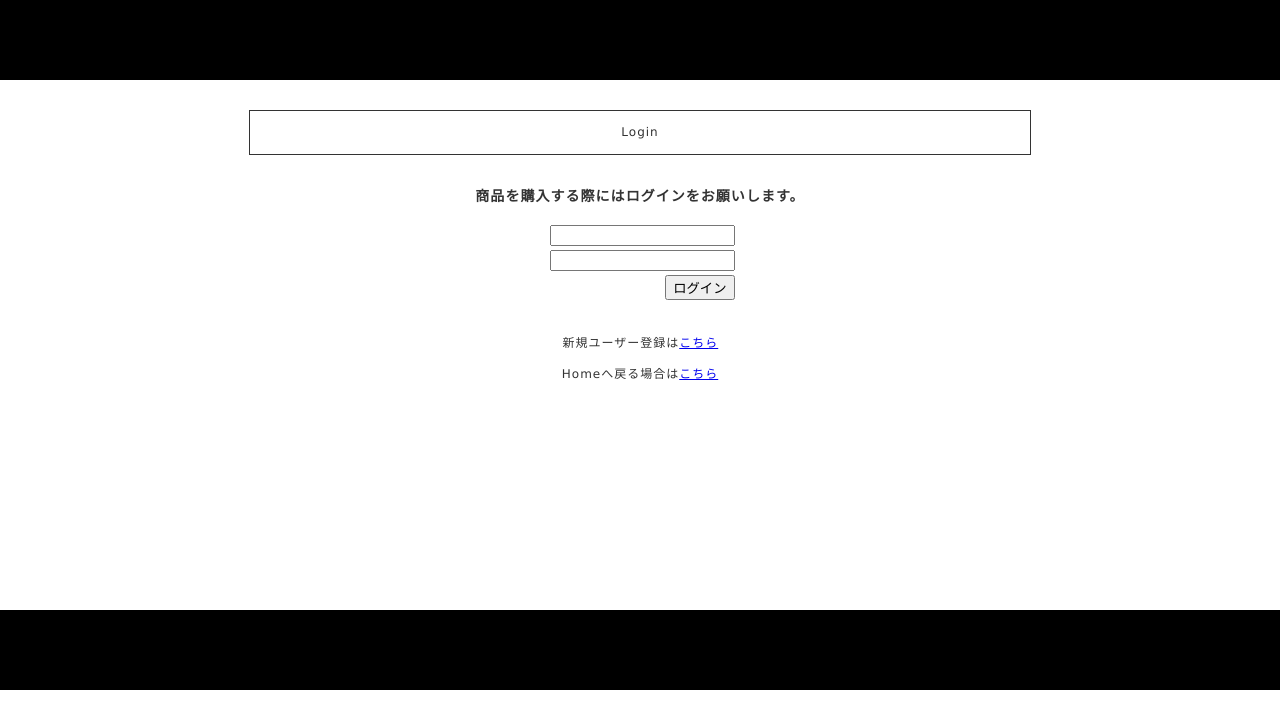
Repository: kazuki7291/backup
Page: http://localhost/template/
An editor plug-in stored every save of this project. The page is shown before and after the next save, followed by the edit.
The browser window is 1280 px wide. The pictures show the whole page.
The page is served by Tomcat 9.

Above is the page before, as saved 2018-01-10 12:42:46.

After the next save:
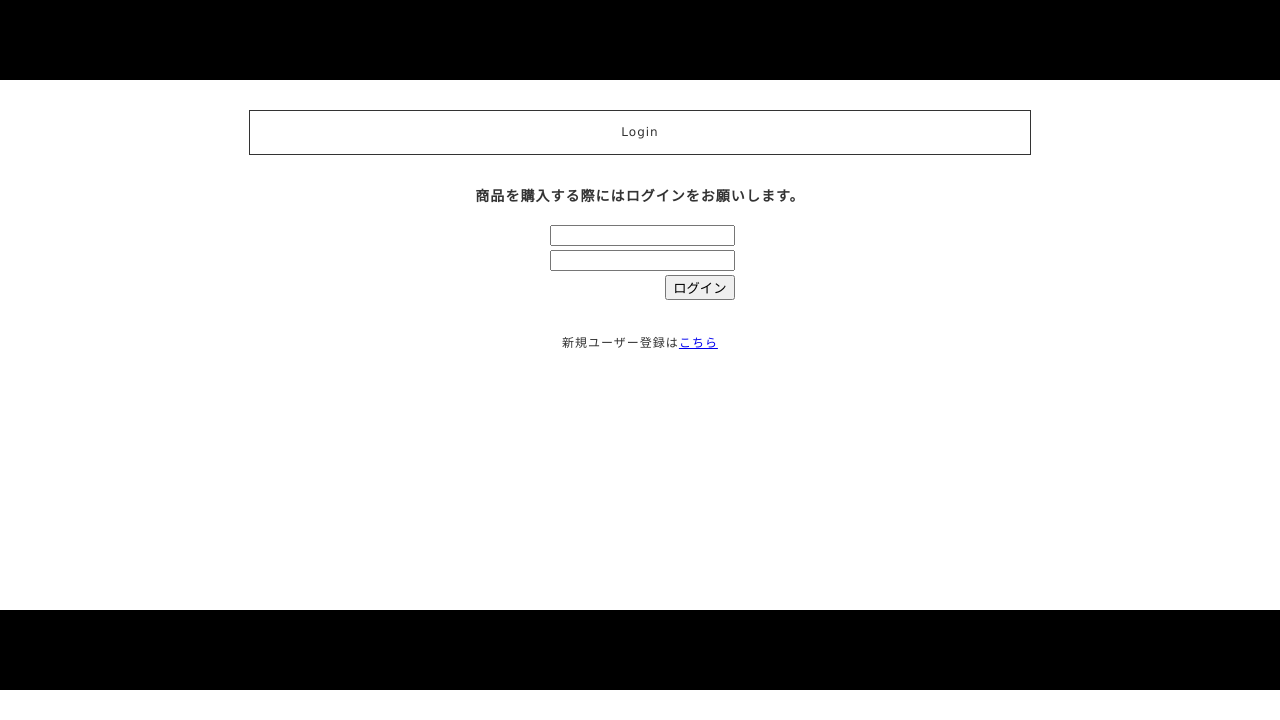
Saved 4 days later.
--- a/template/WebContent/login.jsp
+++ b/template/WebContent/login.jsp
@@ -84,7 +84,6 @@
 			<br/>
 			<div id="text-link">
 				<p>新規ユーザー登録は<a href='<s:url action="UserCreateAction" />'>こちら</a></p>
-				<p>Homeへ戻る場合は<a href='<s:url action="GoHomeAction" />'>こちら</a></p>
 			</div>
 		</div>
 	</div>
